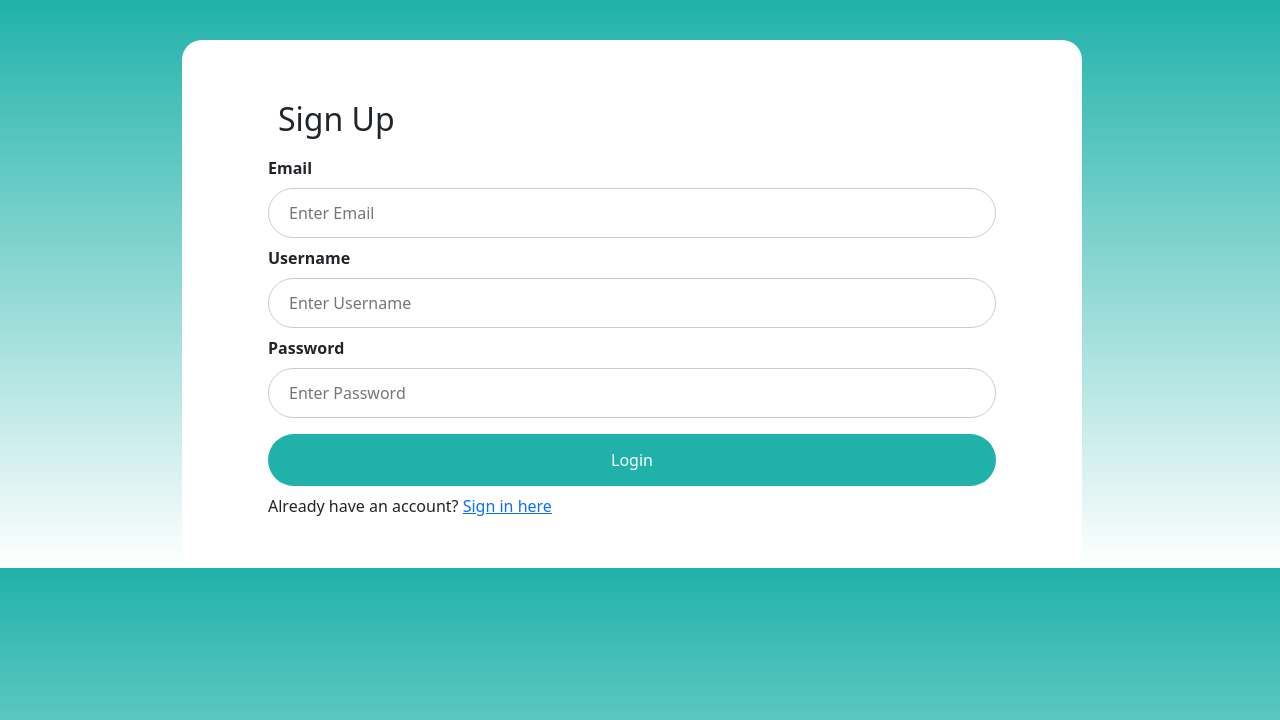
Repository: Sadia-Naveed-Shaikh/JavaScript-Website
Page: SignUp.html
The author's editor kept a copy of each file at every save. The page is drawn from the files as they stood at one save, then again after a run of saves.
The browser window is 1280 px wide. The pictures show the whole page.

Above is the page before, as saved 2021-10-27 15:31:48.

After the next 3 saves:
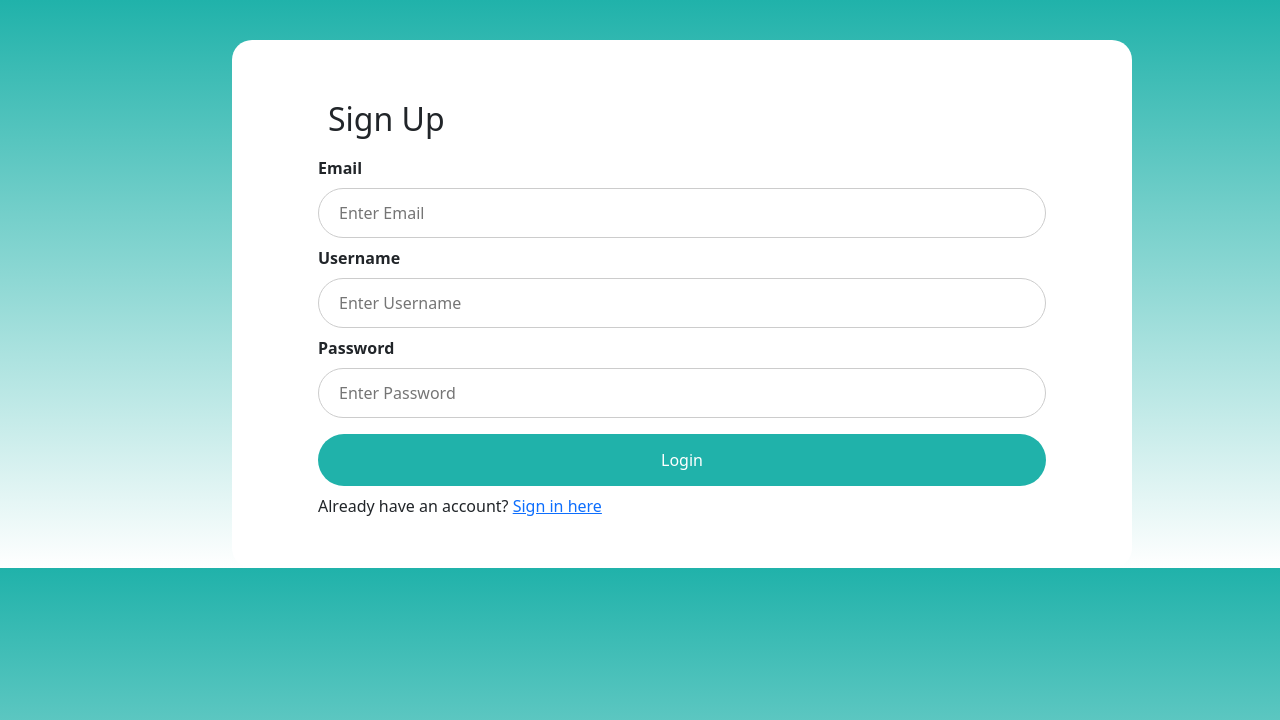
The 3 saves are shown as one change because they came seconds apart.
The last was saved 8 s later.
--- a/SignUp.html
+++ b/SignUp.html
@@ -70,7 +70,7 @@
 
 <body>
     <div class="container">
-        <div class="row" style="width: 900px; margin-left: 100px;">
+        <div class="row" style="width: 900px; margin-left: 150px;">
             <div class="col-sm">
                 <form action="/action_page.php" method="post">
                     <div class="container">

After the save that followed:
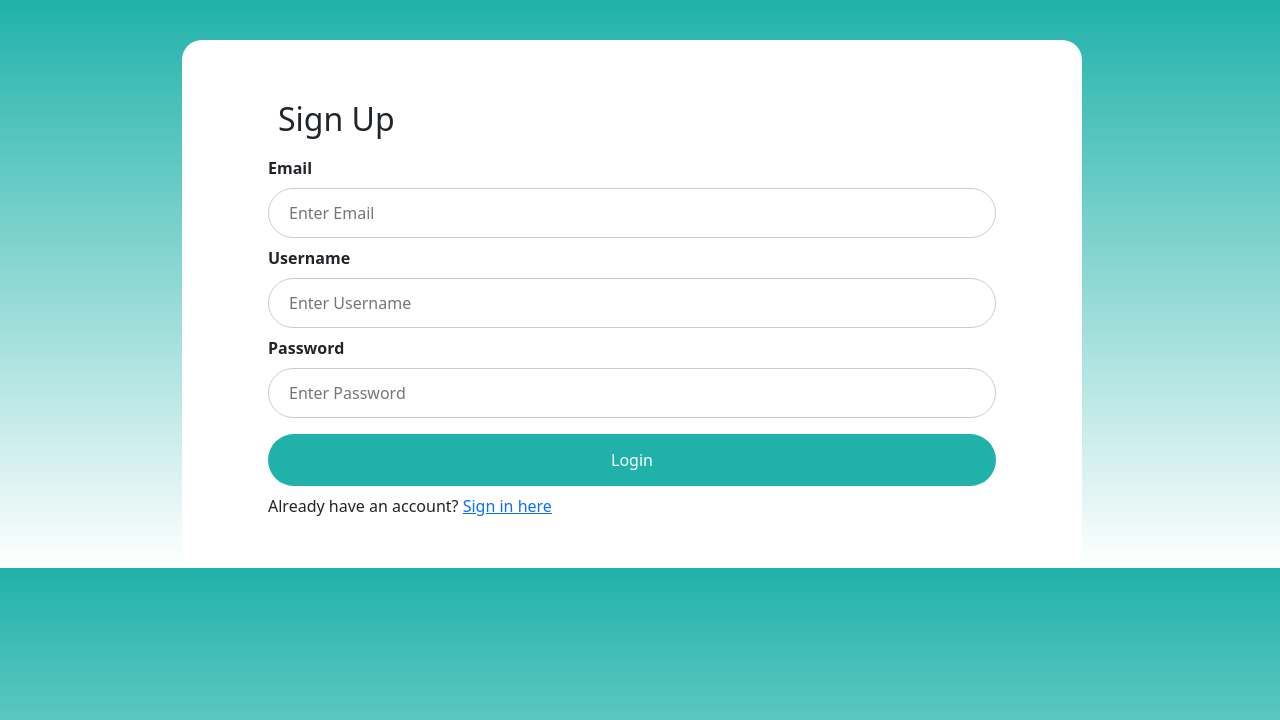
Saved 5 s later.
--- a/SignUp.html
+++ b/SignUp.html
@@ -70,7 +70,7 @@
 
 <body>
     <div class="container">
-        <div class="row" style="width: 900px; margin-left: 150px;">
+        <div class="row" style="width: 900px; margin-left: 100px;">
             <div class="col-sm">
                 <form action="/action_page.php" method="post">
                     <div class="container">
